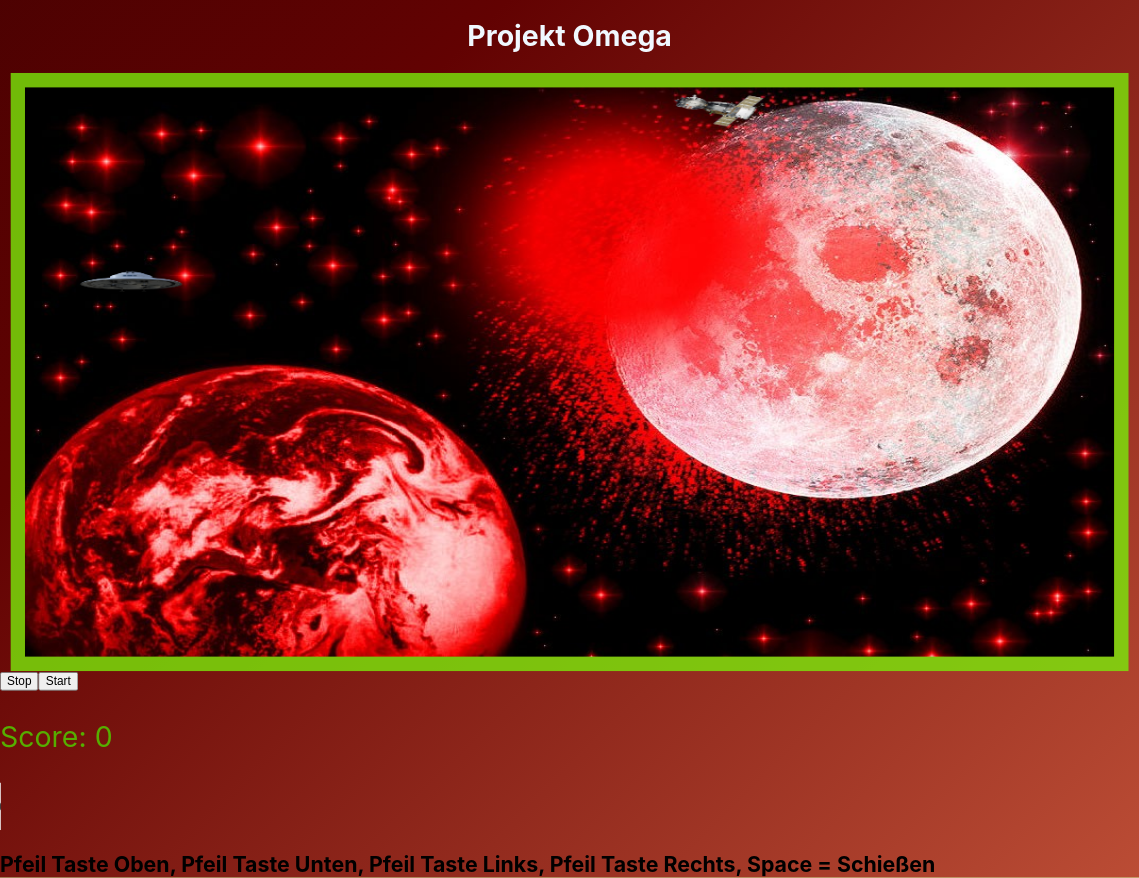
Repository: Der-Metatron/Projekt-Omega-Sprotte
Page: /, after clicking the first element matching `button.startbutton`
An editor plug-in stored every save of this project. The page is shown before and after the next save, followed by the edit.
The browser window is 1280 px wide. The pictures show the whole page, at 89% of full size.
The project was rebuilt for these pictures with package versions that can differ from the ones it lists, and the page was loaded fresh each time.

Above is the page before, as saved 2022-06-23 18:59:33.

After the next save:
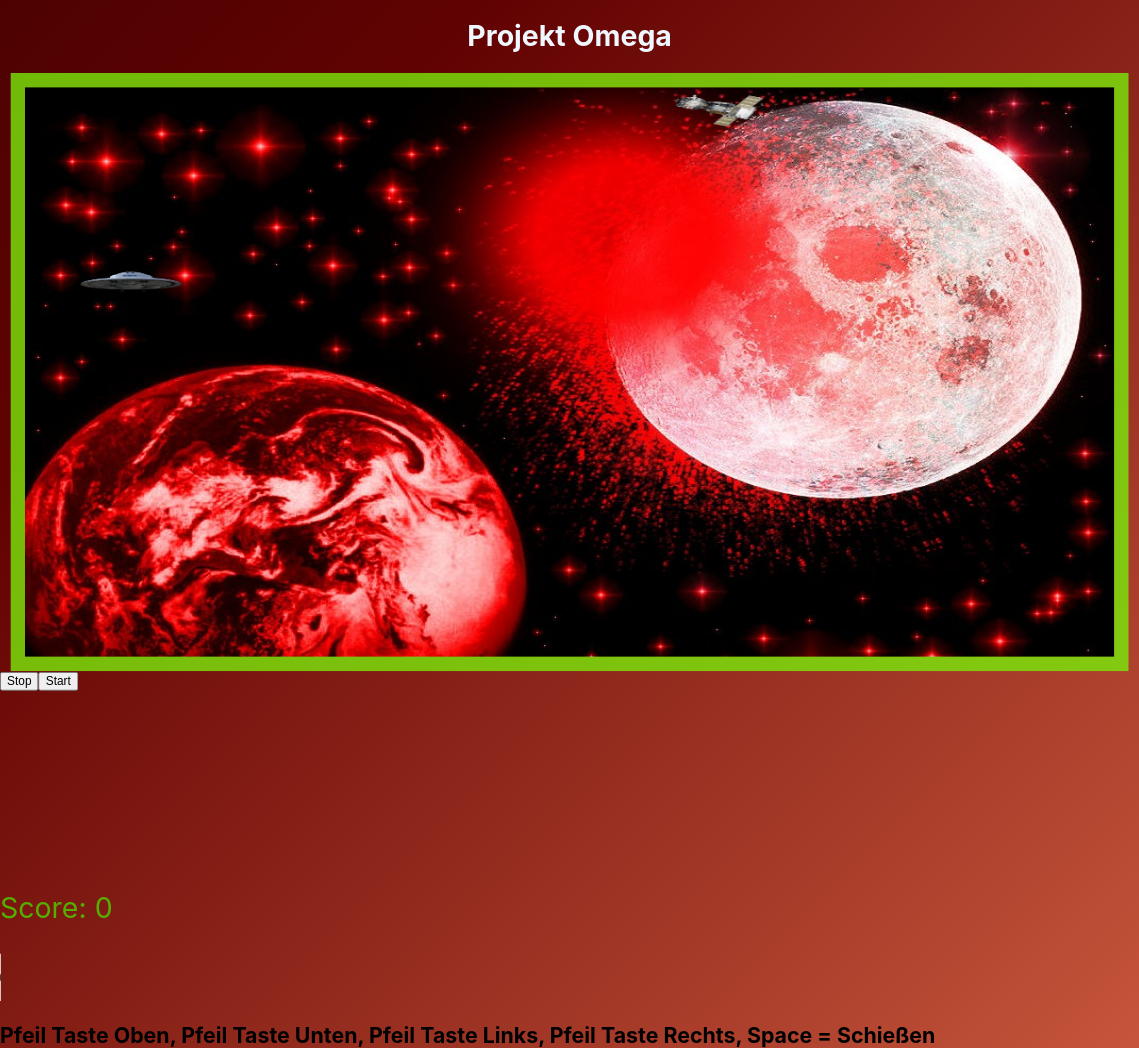
Saved 69 s later.
--- a/src/components/Welcome.css
+++ b/src/components/Welcome.css
@@ -167,7 +167,7 @@
   border-radius: 5px 25px 25px 5px;
 }
 .punkte {
-  align-items: center;
+  padding-top: 12rem;
   color: #56ae00;
   font-size: 2rem;
 }

After the save that followed:
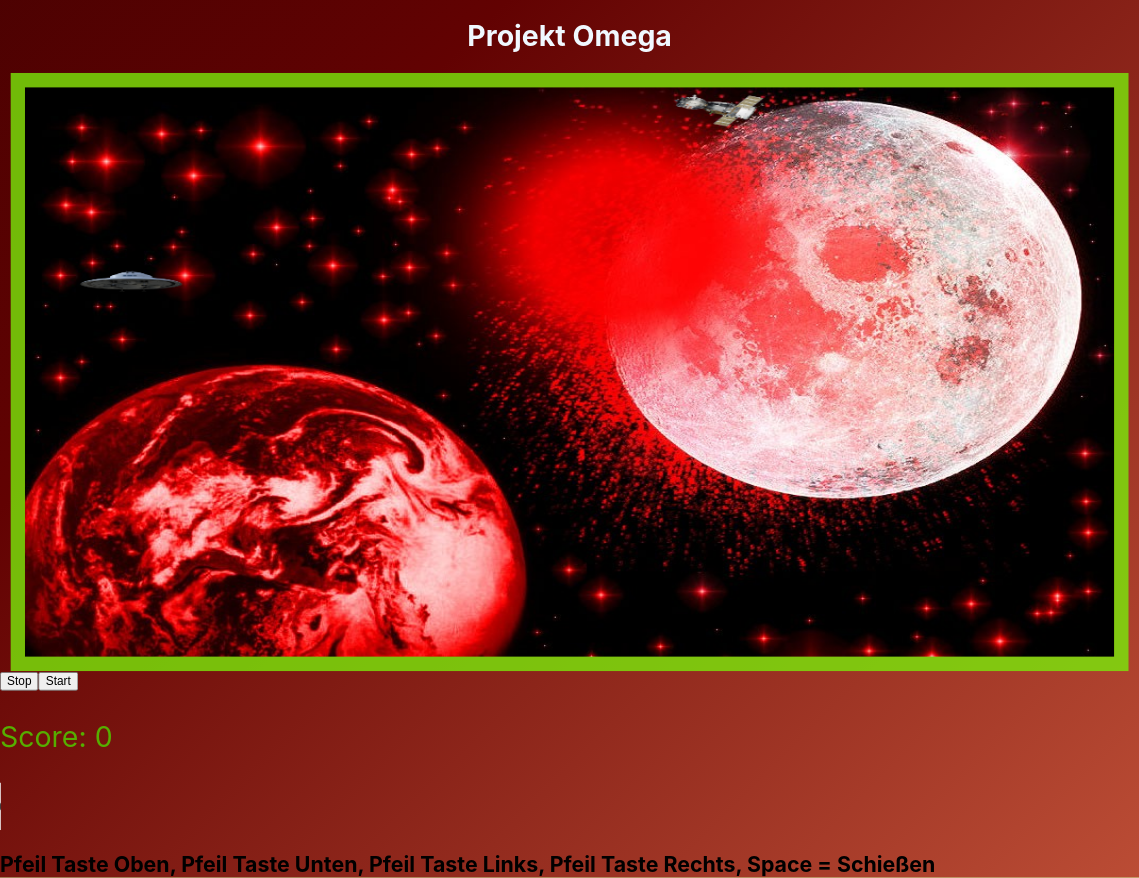
Saved 18 s later.
--- a/src/components/Welcome.css
+++ b/src/components/Welcome.css
@@ -167,7 +167,6 @@
   border-radius: 5px 25px 25px 5px;
 }
 .punkte {
-  padding-top: 12rem;
   color: #56ae00;
   font-size: 2rem;
 }
